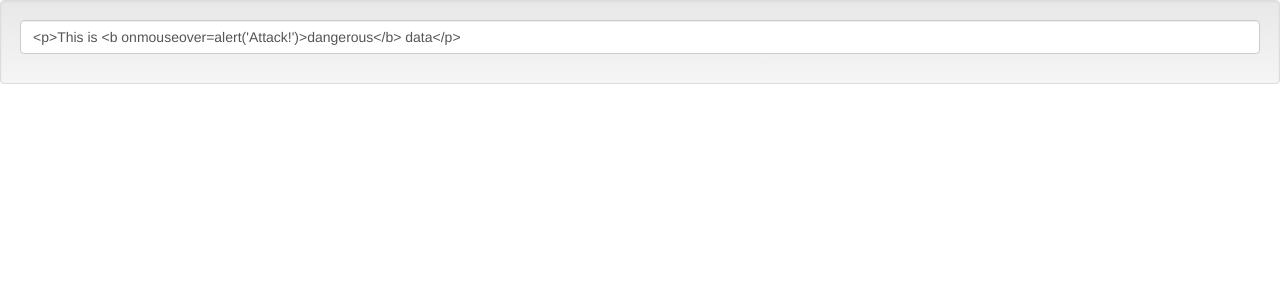
Repository: chisun-joung/workplace
Page: angularJS/WebContent/Chap19_GlobalService/P582_ngBindHtml.html
These files come from the project's save history. The page is drawn as it stood at one moment and after the next save; the edit follows.
The browser window is 1280 px wide. The pictures show the whole page.
Some web libraries are served in a nearby version.

Above is the page before, as saved 2016-12-01 06:20:31.

### angularJS/WebContent/Chap19_GlobalService/P582_ngBindHtml.html
<!DOCTYPE html>
<html ng-app="exampleApp">
<head>
	<title>SCE</title>
	<script src="https://ajax.googleapis.com/ajax/libs/angularjs/1.2.9/angular.js"></script>
	<link href="bootstrap.css" rel="stylesheet" />
	<link href="bootstrap-theme.css" rel="stylesheet" />
	<script>
		angular.module("exampleApp", [])
		.controller("defaultCtrl", function ($scope) {
			$scope.htmlData
				= "<p>This is <b onmouseover=alert('Attack!')>dangerous</b> data</p>";
		});
	</script>
</head>
<body ng-controller="defaultCtrl">
	<div class="well">
		<p><input class="form-control" ng-model="htmlData" /></p>
		<p></p>
	</div>
</body>
</html>

Loaded but not shown: angularJS/WebContent/Chap19_GlobalService/bootstrap.css (library); angularJS/WebContent/Chap19_GlobalService/bootstrap-theme.css (library)

After the next save:
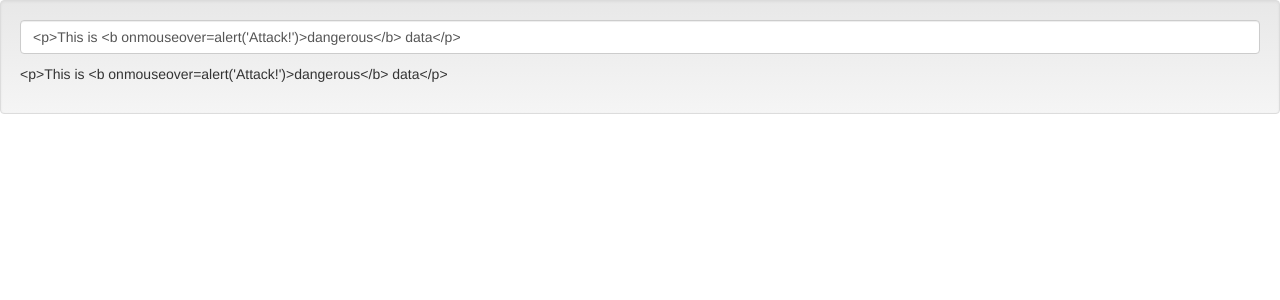
Saved 115 s later.
--- a/angularJS/WebContent/Chap19_GlobalService/P582_ngBindHtml.html
+++ b/angularJS/WebContent/Chap19_GlobalService/P582_ngBindHtml.html
@@ -16,7 +16,7 @@
 <body ng-controller="defaultCtrl">
 	<div class="well">
 		<p><input class="form-control" ng-model="htmlData" /></p>
-		<p></p>
+		<p>{{htmlData}}</p>
 	</div>
 </body>
 </html>
